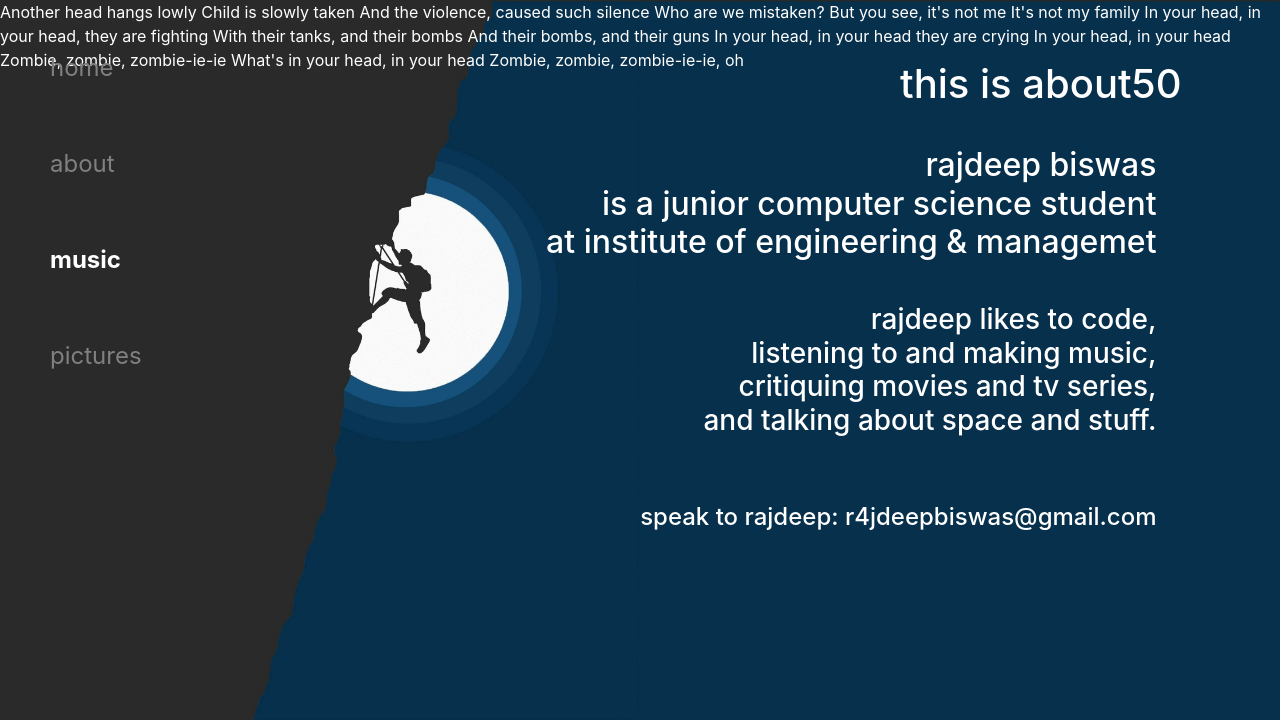
Repository: rajdeep-biswas/allofc50-iguess
Page: pset5/homepage/music.html
The author's editor kept a record of every edit. The page is drawn from the files as they stood at one moment, then again after the next edit.
The browser window is 1280 px wide. The pictures show the whole page.

Above is the page before.

After the next edit:
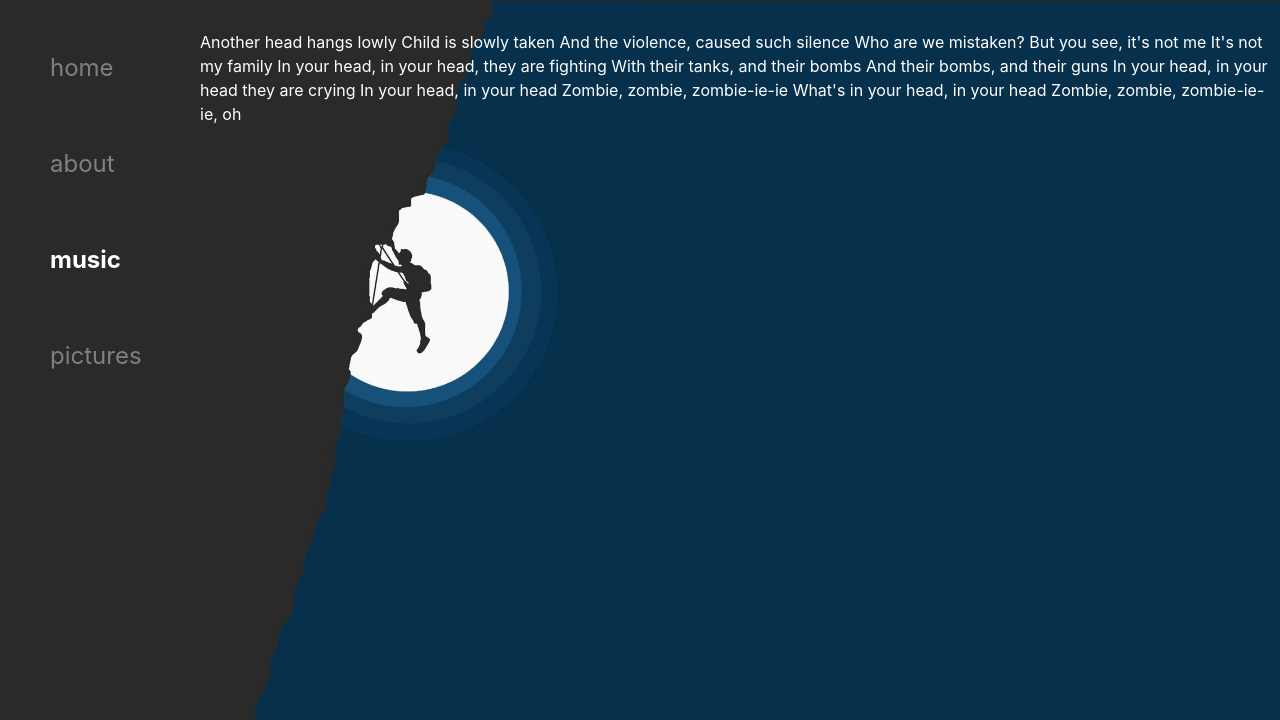
The edit:
--- a/pset5/homepage/music.html
+++ b/pset5/homepage/music.html
@@ -17,16 +17,7 @@
             </ul>
         </div>
         <div class="qbody">
-            <h1 class="shiftRight">this is about50</h1>
-            <h2><br />rajdeep biswas<br />is a junior computer science student<br />at institute of engineering & managemet</h2>
-            <h3><br />rajdeep likes to code,<br />listening to and making music,<br />
-                critiquing movies and tv series,<br />
-                and talking about space and stuff.</h3>
-            <h4><br /><br />speak to rajdeep: r4jdeepbiswas@gmail.com</h4>
-        </div>
-    </body>
-
-    <p>Another head hangs lowly
+            <p>Another head hangs lowly
 Child is slowly taken
 And the violence, caused such silence
 Who are we mistaken?
@@ -40,4 +31,8 @@
 Zombie, zombie, zombie-ie-ie
 What's in your head, in your head
 Zombie, zombie, zombie-ie-ie, oh</p>
+        </div>
+    </body>
+
+
 </html>
